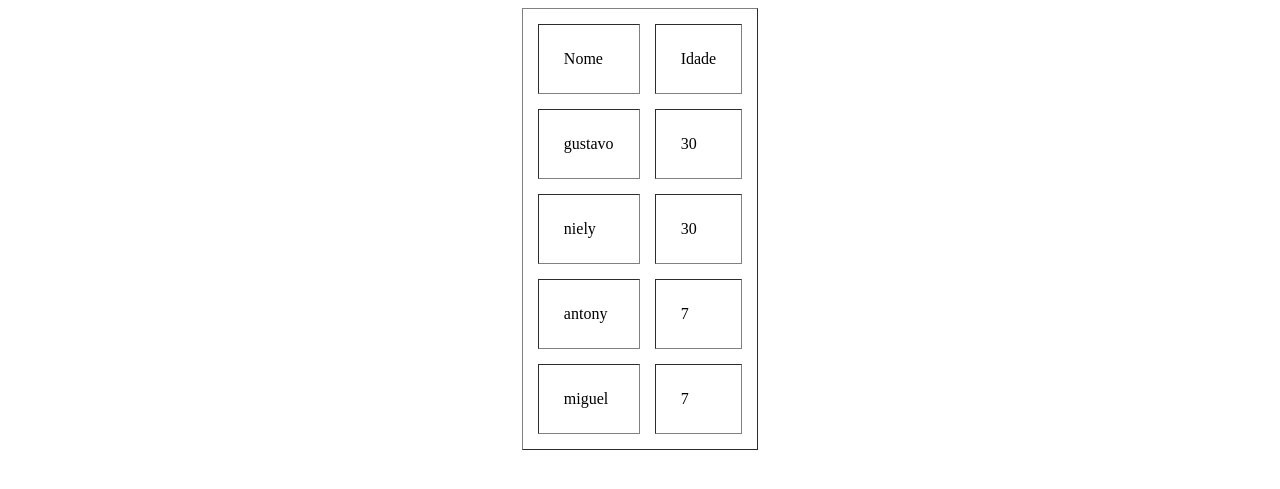
Repository: gustavotwist/html-css
Page: forn.html
An editor plug-in stored every save of this project. The page is shown before and after a run of saves, followed by the edit.
The browser window is 1280 px wide. The pictures show the whole page.

Above is the page before, as saved 2024-04-27 19:20:23.

### forn.html
<!DOCTYPE html>
<html lang="pt-br">
<head>
    <meta charset="UTF-8">
    <meta name="viewport" content="width=device-width, initial-scale=1.0">
    <title>Formulário de Cadastro</title>
</head>
<body>
    <!--<form name="signup" autocomplete="on" onsubmit="alert('Enviei o formulário');"  method="post">
        Nome: <input type="text" name="name" /><br>
        Idade: <input type="number" name="age" /><br>
        Senha: <input type="password" name="password" /><br>
        <button type="submit">Enviar</button>
    </form> -->
    <!-- <form>
       <label>Digíte aqui: </label> <input type="text"><br>
        <label>Number: </label> <input type="number" min="0" step="5" max="99"><br>
        <label>Button: </label> <input type="button" value="Enviar"><br>
        <label>Range: </label> <input type="range" min="0" max="100" value="10"><br>
        <label>Color: </label> <input type="color"><br>
        <label>E-mail: </label> <input type="email"><br>
        <label>Url: </label> <input type="url"><br>
        <label>Date: </label> <input type="date"><br>
        <label>Button: </label> <input type="submit" value="Enviar"><br>
        <label>Checkbox: </label> <input type="checkbox"></label> <input type="checkbox"><br>
        <label>Radio: </label> <input type="radio" name="aceita"></label> <input type="radio" name="aceita"><br>
        <label>Hidden: </label> <input type="hidden"><br>
        <label>File: </label> <input type="file" multiple><br>
        <label>Search: </label> <input type="search"><br>
        <label>escolha o cargo:</label>
        <select name="role">
            <option value="">selecione a opção</option>
            <option value="gerente">gerente</option>
            <option value="atendente">atendente</option>
        </select><br>
        <label>Mensagem:</label>
        <textarea name="mensagem" cols="30" rows="10"></textarea>

        <font color="red" >Programe</font>


    </form>-->
    <table border="1" width="200" cellspacing="15" cellpadding="25" align="center">
        <tr>
            <td>Nome</td>
            <td>Idade</td>
        </tr>
        <tr>
            <td>gustavo</td>
            <td>30</td>
        </tr>
        <tr>
            <td>niely</td>
            <td>30</td>
        </tr>
        <tr>
            <td>antony</td>
            <td>7</td>
        </tr>
        <tr>
            <td>miguel</td>
            <td>7</td>
        </tr>
    </table>






</body>
</html>

After the next 2 saves:
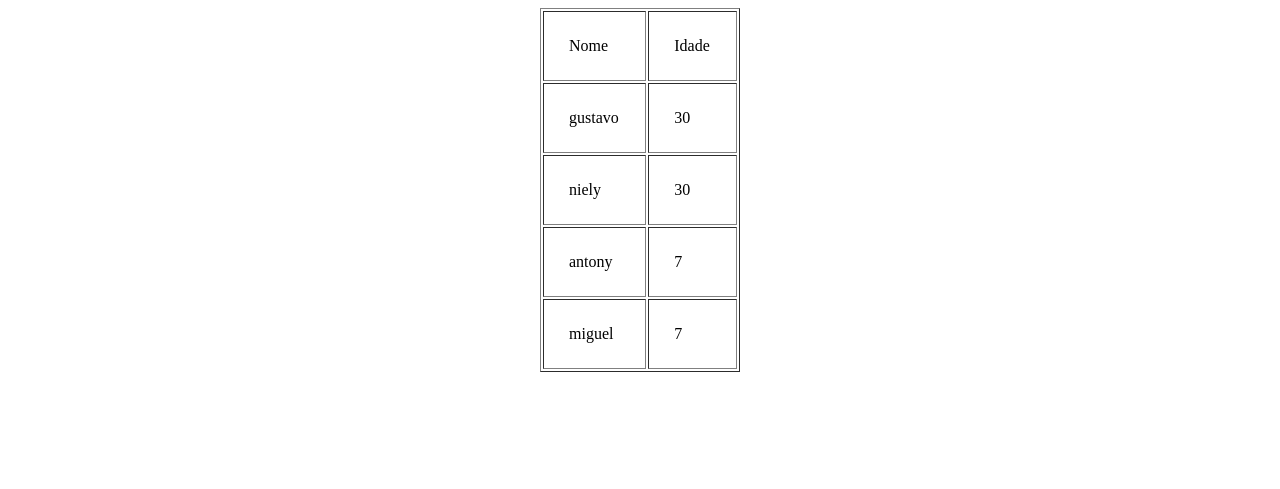
The 2 saves are shown as one change because they came seconds apart.
The last was saved 16 s later.
--- a/forn.html
+++ b/forn.html
@@ -40,7 +40,7 @@
 
 
     </form>-->
-    <table border="1" width="200" cellspacing="15" cellpadding="25" align="center">
+    <table border="1" width="200" <!--cellspacing="15" cellpadding="25" align="center">
         <tr>
             <td>Nome</td>
             <td>Idade</td>
